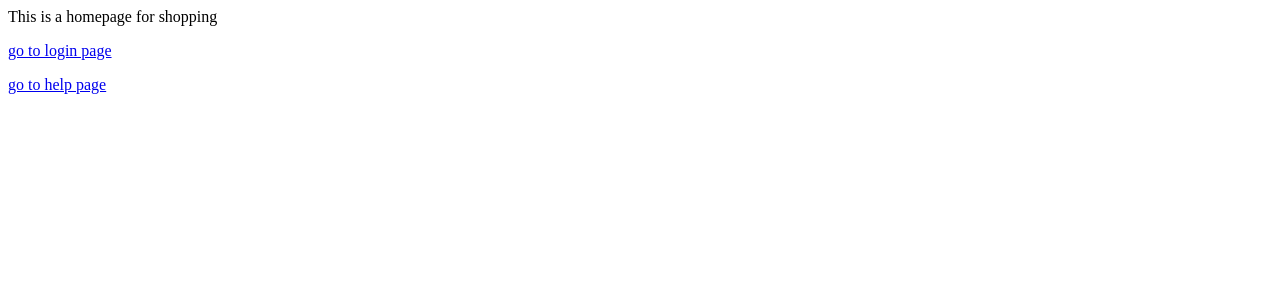
Repository: 2Re-play/Spring_practice
Page: http://localhost/helloMVC/
An editor plug-in stored every save of this project. The page is shown before and after the next save, followed by the edit.
The browser window is 1280 px wide. The pictures show the whole page.
The page is served by Tomcat 9.

Above is the page before, as saved 2019-10-03 08:19:16.

After the next save:
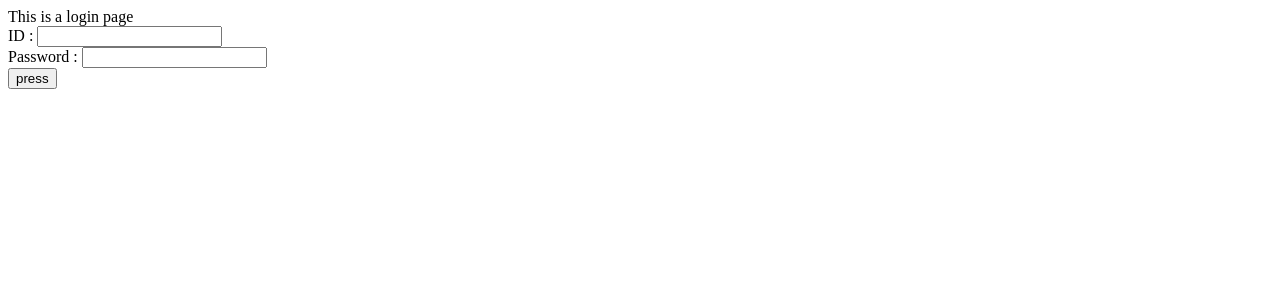
Saved 21 h 14 min later.
--- a/helloMVC/WebContent/index.jsp
+++ b/helloMVC/WebContent/index.jsp
@@ -7,9 +7,11 @@
 <title>Insert title here</title>
 </head>
 <body>
-	This is a homepage for shopping
-	<p> <a href="/helloMVC/home?action=login">go to login page </a> </p>
-	<p>	<a href="/helloMVC/home?action=help">go to help page </a> </p>
-
+	This is a login page<br/>
+		<form action="/helloMVC/signin" method="post">
+		ID : <input type="text" name="customerid"> <br/>
+		Password : <input type="password" name = "password"> <br/>
+		<input type="submit" value="press">
+	</form>
 </body>
 </html>
